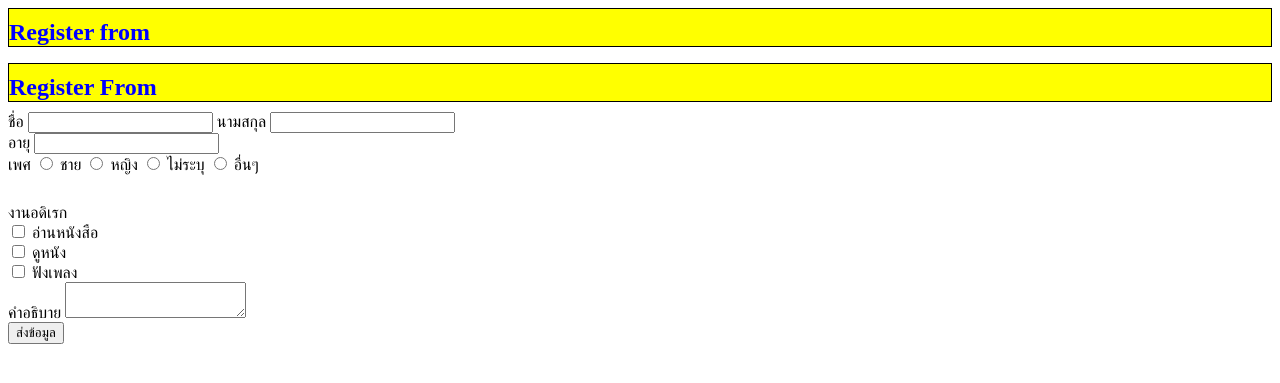
Repository: Onpreeya1/241-2567-820-
Page: index.html
The author's editor kept a copy of each file at every save. The page is drawn from the files as they stood at one save, then again after the next save.
The browser window is 1280 px wide. The pictures show the whole page.

Above is the page before, as saved 2024-12-21 15:31:16.

### index.html
<!DOCTYPE html>
<html lang="en">

<head>
    <meta charset="UTF-8">
    <meta name="viewport" content="width=device-width, initial-scale=1.0">
    <title>Document</title>
    <style>
        /*  มีไว้ให้เดฟอ่าน 1 แต่งใคร  id ,class ,dom 2แต่งอะไร*/
        body {
            font-family: "kanit";
            src: url('Kanit (1)/Kanit-Regular.ttf');
        }

        #register {
            font-size: 24px;
            color: blue;
            font-weight: 800;
            padding-top: 10px;
            margin-bottom: 10px;
            background-color: yellow;
            border: 1px solid black;
        }

        .feom {
            display: block;
        }

        .gender {
            display: inline-block;
            height: 50px;
            flex-direction: row-reverse;
        }

    </style>
</head>

<body>

    <div id="register">
        Register from
    </div>


    <!-- from -->
    <h1 id="register"> Register From</h1>
    <span class="header-from"> ชื่อ </span>
    <input type="text">
    นามสกุล
    <input type="text"> <br>
    อายุ
    <input type="number" min=" 0" max="100">
    <div>
        เพศ
        <div class="gender">
            <input name="grnder" type="radio"> ชาย
        </div>
        <div class="gender">
            <input name="grnder" type="radio"> หญิง
        </div>
        <div class="gender">
            <input name="grnder" type="radio"> ไม่ระบุ
        </div>
        <div class="gender">
            <input name="grnder" type="radio"> อื่นๆ
        </div>
        <div>
            งานอดิเรก
            <div>
                <input name="hobby" type="checkbox"> อ่านหนังสือ
            </div>
            <div>
                <input name="hobby" type="checkbox"> ดูหนัง
            </div>
            <div>
                <input name="hobby" type="checkbox"> ฟังเพลง
            </div>
        </div>
        <div>
            คำอธิบาย
            <textarea></textarea>
        </div>
        <button>ส่งข้อมูล</button>
</body>

</html>

After the next save:
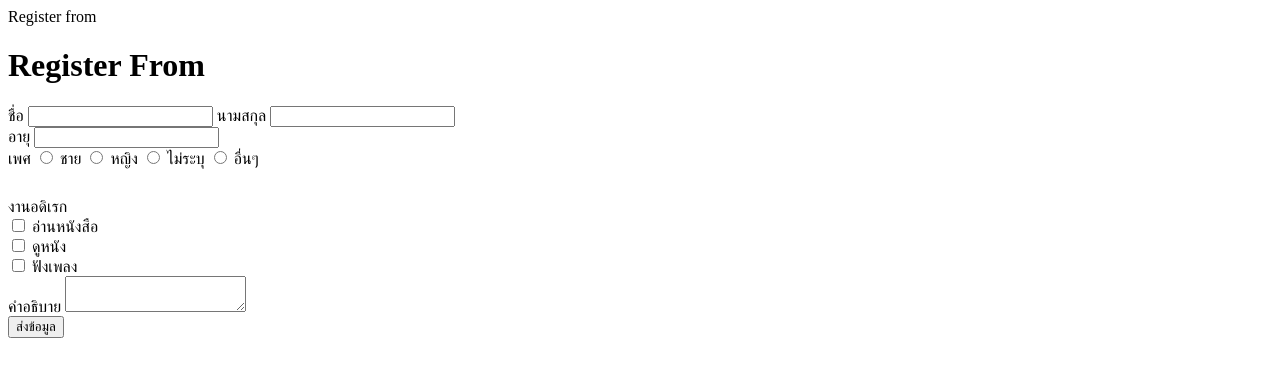
Saved 12 s later.
--- a/index.html
+++ b/index.html
@@ -12,15 +12,7 @@
             src: url('Kanit (1)/Kanit-Regular.ttf');
         }
 
-        #register {
-            font-size: 24px;
-            color: blue;
-            font-weight: 800;
-            padding-top: 10px;
-            margin-bottom: 10px;
-            background-color: yellow;
-            border: 1px solid black;
-        }
+
 
         .feom {
             display: block;
